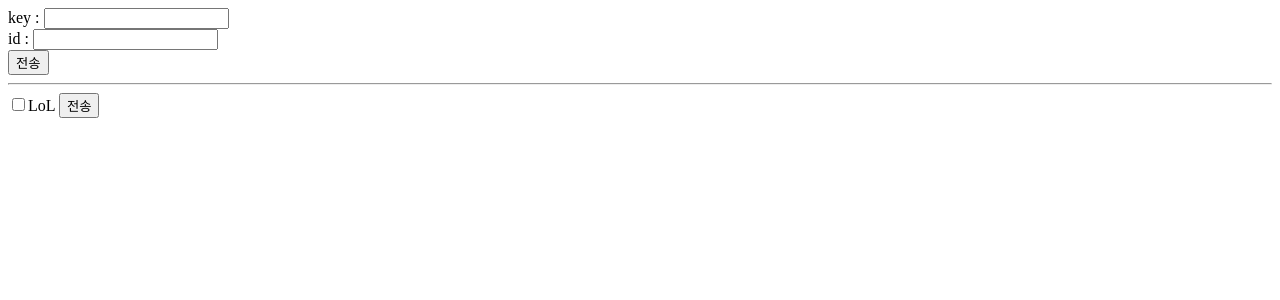
Repository: dambijin/lesson
Page: workspace_java/proj1_hello/src/main/webapp/form.html
The author's editor kept a copy of each file at every save. The page is drawn from the files as they stood at one save, then again after the next save.
The browser window is 1280 px wide. The pictures show the whole page.

Above is the page before, as saved 2024-02-20 07:15:26.

### workspace_java/proj1_hello/src/main/webapp/form.html
<!DOCTYPE html>
<html>
<head>
<meta charset="UTF-8">
<title>Insert title here</title>
</head>
<body>
<form method="get" action="param">
	key : <input type="text" name="key"><br>
	id : <input type="text" name="id"><br>
	<input type="submit" value="전송">
	<hr>
	<input type="checkbox" name="game" value="LoL">LoL
	<input type="submit" value="전송">
</form>
</body>
</html>

After the next save:
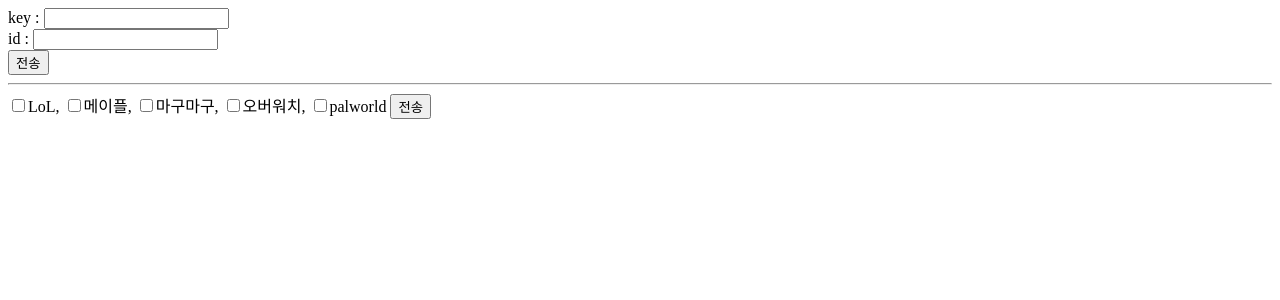
Saved 106 s later.
--- a/workspace_java/proj1_hello/src/main/webapp/form.html
+++ b/workspace_java/proj1_hello/src/main/webapp/form.html
@@ -10,7 +10,11 @@
 	id : <input type="text" name="id"><br>
 	<input type="submit" value="전송">
 	<hr>
-	<input type="checkbox" name="game" value="LoL">LoL
+	<input type="checkbox" name="game" value="LoL">LoL,
+	<input type="checkbox" name="game" value="메이플">메이플,
+	<input type="checkbox" name="game" value="마구마구">마구마구,
+	<input type="checkbox" name="game" value="오버워치">오버워치,
+	<input type="checkbox" name="game" value="palworld">palworld
 	<input type="submit" value="전송">
 </form>
 </body>
